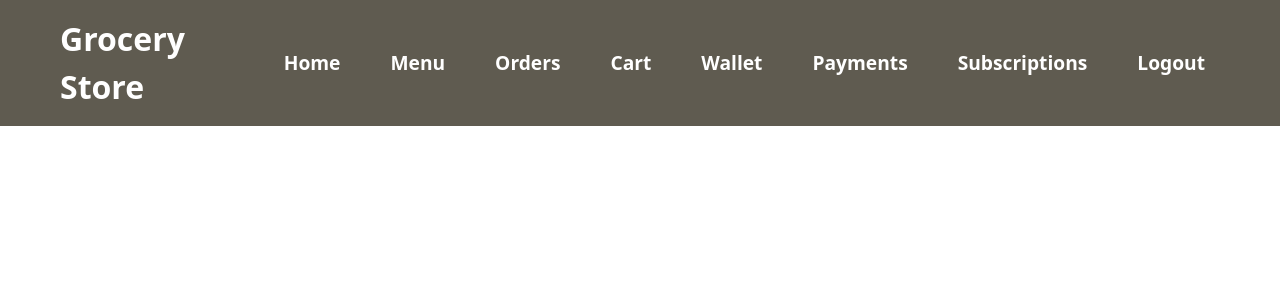
Repository: NagaMounikaY/GroceriesSubscriptionBookingManagement
Page: http://localhost/GroceriesSubBookingSystem/customerHeader.jsp
These files come from the project's save history. The page is drawn as it stood at one moment and after the next save; the edit follows.
The browser window is 1280 px wide. The pictures show the whole page.
The page is served by Tomcat 9.

Above is the page before, as saved 2024-09-15 10:56:30.

After the next save:
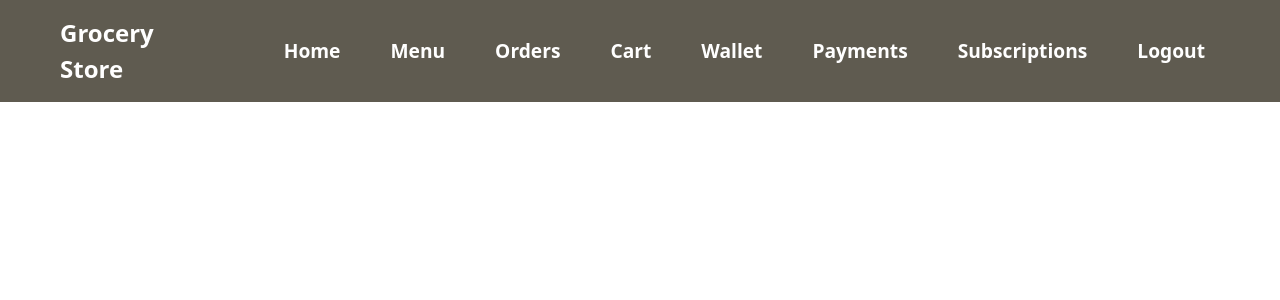
Saved 28 s later.
--- a/GroceriesSubBookingSystem/src/main/webapp/customerHeader.jsp
+++ b/GroceriesSubBookingSystem/src/main/webapp/customerHeader.jsp
@@ -30,7 +30,7 @@ header .container {
 }
 
 header .logo {
-    font-size: 2em; /* Increased size for the logo */
+    font-size: 1.5em; /* Increased size for the logo */
     font-weight: bold;
 }
 
